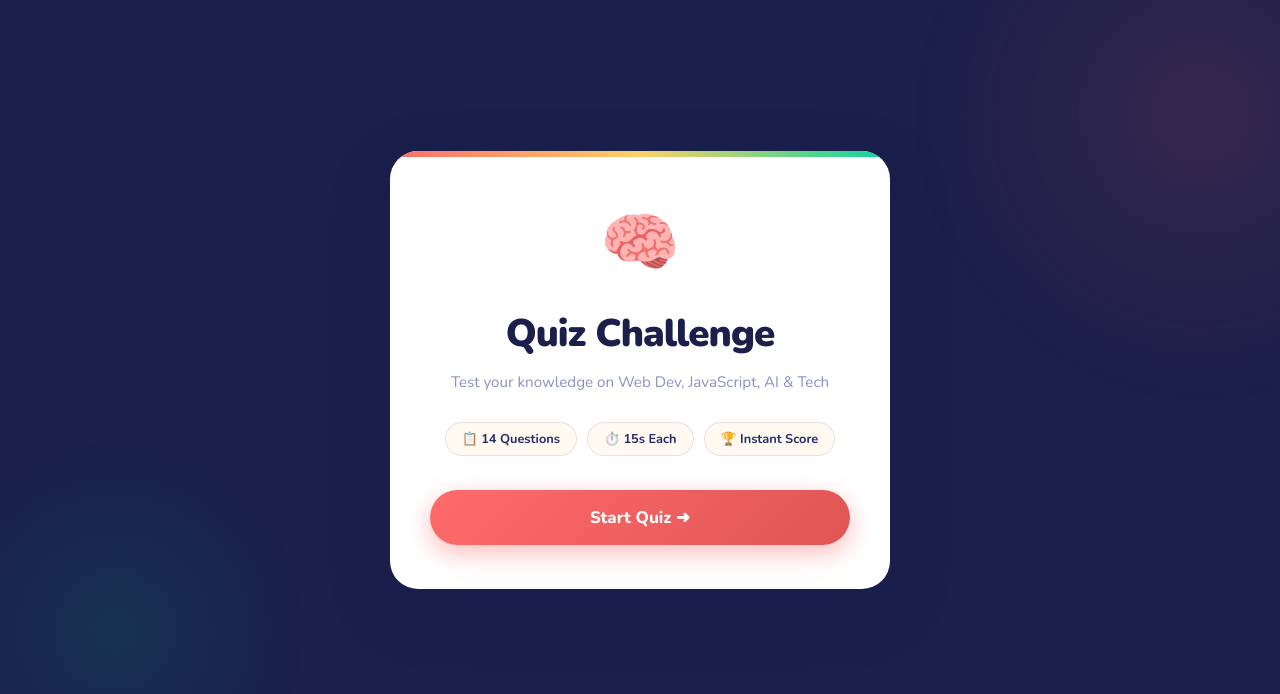
Repository: fatimaqueen9967-eng/SyntacexhubQuizApp
Page: index.html
The author's editor kept a copy of each file at every save. The page is drawn from the files as they stood at one save, then again after the next save.
The browser window is 1280 px wide. The pictures show the whole page.

Above is the page before, as saved 2026-03-15 20:08:43.

After the next save:
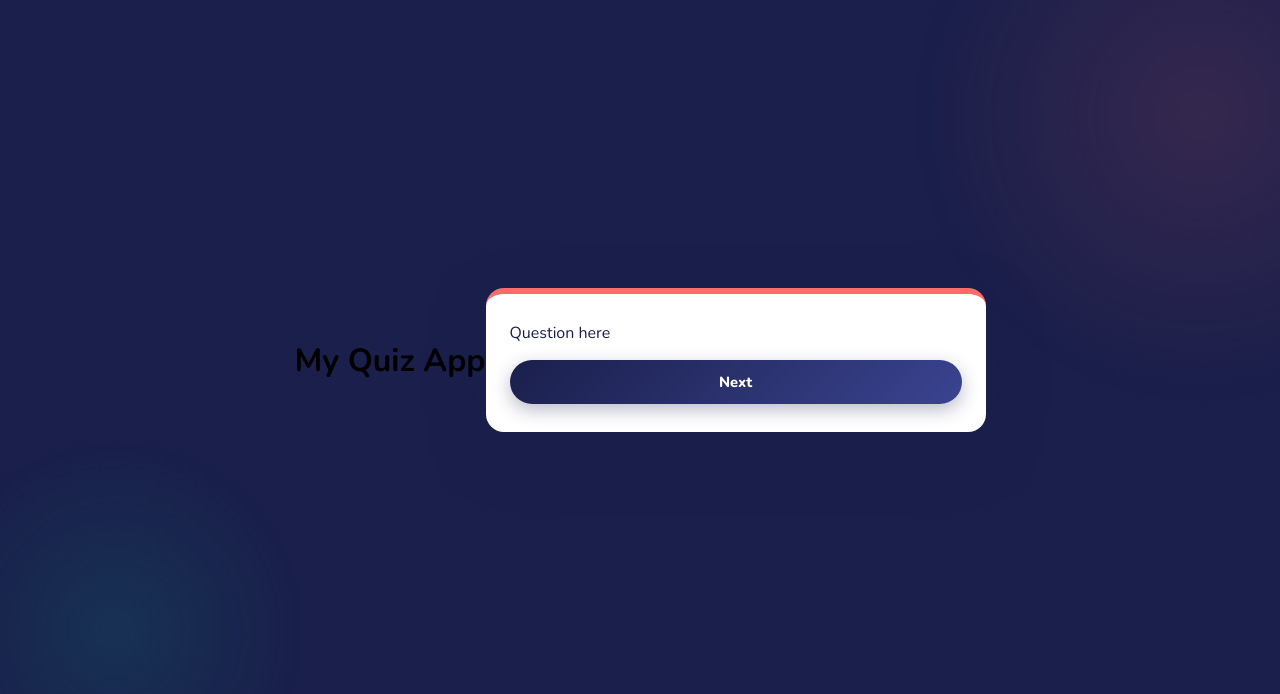
Console error: TypeError: Cannot read properties of null (reading 'addEventListener')
Saved 41 s later.
--- a/index.html
+++ b/index.html
@@ -1,101 +1,27 @@
 <!DOCTYPE html>
 <html lang="en">
 <head>
-    <meta charset="UTF-8">
-    <meta name="viewport" content="width=device-width, initial-scale=1.0">
-    <title>Quiz App</title>
-    <link rel="preconnect" href="https://fonts.googleapis.com">
-    <link href="https://fonts.googleapis.com/css2?family=Nunito:wght@400;600;700;800;900&display=swap" rel="stylesheet">
-    <link rel="stylesheet" href="style.css">
+<meta charset="UTF-8">
+<meta name="viewport" content="width=device-width, initial-scale=1.0">
+<title>Quiz App</title>
+<link rel="stylesheet" href="style.css">
 </head>
+
 <body>
 
-    <!-- ========== SCREEN 1: START ========== -->
-    <div id="start-screen" class="screen active">
-        <div class="start-card">
-            <div class="start-icon">🧠</div>
-            <h1>Quiz Challenge</h1>
-            <p class="start-sub">Test your knowledge on Web Dev, JavaScript, AI & Tech</p>
-            <div class="start-badges">
-                <div class="badge">📋 14 Questions</div>
-                <div class="badge">⏱️ 15s Each</div>
-                <div class="badge">🏆 Instant Score</div>
-            </div>
-            <button id="startBtn" class="btn-main">Start Quiz ➜</button>
-        </div>
-    </div>
+<h1>My Quiz App</h1>
 
-    <!-- ========== SCREEN 2: QUIZ ========== -->
-    <div id="quiz-screen" class="screen">
-        <h1 class="quiz-heading">My Quiz App</h1>
-        <div class="box" id="quiz-box">
-            <div id="progress-bar-wrap">
-                <div id="progress-bar"></div>
-            </div>
-            <div id="meta-row">
-                <span id="q-counter">Question 1 / 14</span>
-                <span id="timer">⏱ 15s</span>
-            </div>
-            <div class="question">
-                <p id="question-text">Loading...</p>
-            </div>
-            <div class="options" id="options-container"></div>
-            <p id="feedback"></p>
-            <button id="nextBtn" style="display:none;">Next →</button>
-        </div>
-    </div>
+<div class="box">
 
-    <!-- ========== SCREEN 3: RESULT ========== -->
-    <div id="result-screen" class="screen">
-        <div class="result-card">
-            <div class="result-trophy" id="result-trophy">🏆</div>
-            <h2 class="result-title" id="result-title">Excellent!</h2>
-            <p class="result-sub" id="result-sub">You really know your stuff!</p>
+    <div id="question">Question here</div>
 
-            <div class="score-ring-wrap">
-                <svg class="score-svg" viewBox="0 0 120 120">
-                    <defs>
-                        <linearGradient id="scoreGrad" x1="0%" y1="0%" x2="100%" y2="100%">
-                            <stop offset="0%"   stop-color="#ff6b6b"/>
-                            <stop offset="50%"  stop-color="#ffd166"/>
-                            <stop offset="100%" stop-color="#06d6a0"/>
-                        </linearGradient>
-                    </defs>
-                    <circle class="ring-bg"   cx="60" cy="60" r="50"/>
-                    <circle class="ring-fill" id="ring-fill" cx="60" cy="60" r="50"/>
-                </svg>
-                <div class="score-center">
-                    <span class="score-num" id="score-num">0</span>
-                    <span class="score-den">/14</span>
-                </div>
-            </div>
+    <div id="options" class="options"></div>
 
-            <div class="result-stats">
-                <div class="stat-box stat-correct">
-                    <span class="stat-icon">✅</span>
-                    <span class="stat-num" id="st-correct">0</span>
-                    <span class="stat-lbl">Correct</span>
-                </div>
-                <div class="stat-box stat-wrong">
-                    <span class="stat-icon">❌</span>
-                    <span class="stat-num" id="st-wrong">0</span>
-                    <span class="stat-lbl">Wrong</span>
-                </div>
-                <div class="stat-box stat-pct">
-                    <span class="stat-icon">📊</span>
-                    <span class="stat-num" id="st-pct">0%</span>
-                    <span class="stat-lbl">Score</span>
-                </div>
-            </div>
+    <button id="nextBtn">Next</button>
 
-            <p class="result-msg" id="result-msg"></p>
+</div>
 
-            <div class="result-btns">
-                <button id="restartBtn" class="btn-main">🔄 Play Again</button>
-            </div>
-        </div>
-    </div>
+<script src="script.js"></script>
 
-    <script src="script.js"></script>
 </body>
 </html>
